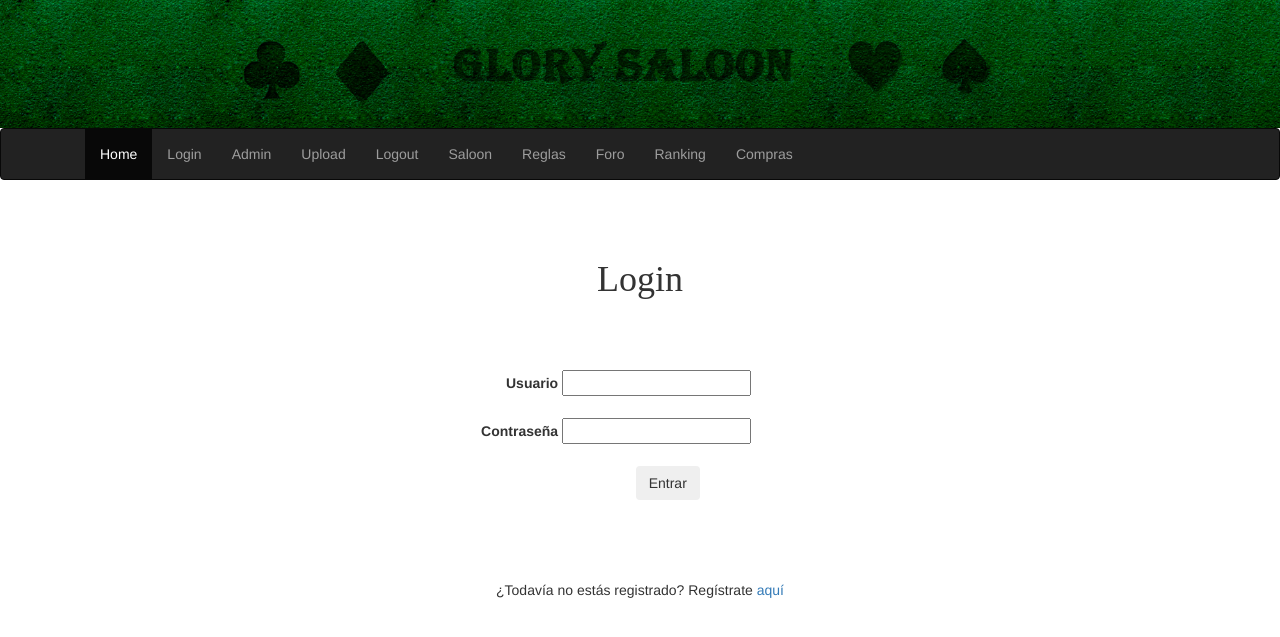
Repository: abvg9/GlorySaloon
Page: http://localhost/iw-base/WEB-INF/jsp/login.jsp
These files come from the project's save history. The page is drawn as it stood at one moment and after the next save; the edit follows.
The browser window is 1280 px wide. The pictures show the whole page.
Some web fonts or font styles are not loaded; a fallback is used. The page is served by Tomcat 9. Nobody is signed in. Other server files are loaded and not shown. The template is opened directly, without the code that normally fills it, so the values that code supplies are empty.

Above is the page before, as saved 2018-04-11 16:49:50.

### iw-base/src/main/webapp/WEB-INF/jsp/login.jsp
<%@ page pageEncoding="UTF-8"%>
<%@ taglib prefix="s" uri="http://www.springframework.org/tags"%>
<%@ taglib prefix="c" uri="http://java.sun.com/jsp/jstl/core"%>
<%@ taglib prefix="sec"
	uri="http://www.springframework.org/security/tags"%>

<%@ include file="../jspf/header.jspf"%>

<div class="starter-template">
	<h1>Login</h1>
	<br><br><br>
    <form action="/login" method="post">
        <fieldset>
           <!-- <legend>Please Login</legend> -->
           <div class = "rightAl">
            <label for="username">Usuario</label>
            <input type="text" id="username" name="username"/><br><br>
            <label for="password">Contraseña</label>
            <input type="password" id="password" name="password"/>
            </div>
            <input type="hidden" name="${_csrf.parameterName}" value="${_csrf.token}"/>
            <br>
            <div class="form-actions">
                <button type="submit" class="btn rightAlBtn">Entrar</button>
            </div>
        </fieldset>
    </form>

	<%@ include file="../jspf/authinfo.jspf"%>
</div>

<%@ include file="../jspf/footer.jspf"%>

### iw-base/src/main/webapp/WEB-INF/jspf/header.jspf
<%@ page pageEncoding="UTF-8"%>
<%@ taglib prefix="s" uri="http://www.springframework.org/tags"%>
<%@ taglib prefix="c" uri="http://java.sun.com/jsp/jstl/core"%>
<!DOCTYPE html>
<html lang="en">
  <head>
    <meta charset="utf-8">
    <meta http-equiv="X-UA-Compatible" content="IE=edge">
    <meta name="viewport" content="width=device-width, initial-scale=1">
    <!-- The above 3 meta tags *must* come first in the head; any other head content must come *after* these tags -->
    <title>Aplicacion Web IW</title>

    <!-- Bootstrap -->
    <link href="${s}/css/bootstrap.min.css" rel="stylesheet">
    <link href="${s}/css/starter-template.css" rel="stylesheet">
    <link href="${s}/css/myOwnTheme.css" rel="stylesheet">
  </head>
  <body>
	<img class="img-responsive" src="${s}/img/headerExtenso.jpg">

	<nav class="navbar navbar-inverse navbar-relative-top">


      <div class="container">
        <div class="navbar-header">
          <button type="button" class="navbar-toggle collapsed" data-toggle="collapse" data-target="#navbar" aria-expanded="false" aria-controls="navbar">
            <span class="sr-only">Toggle navigation</span>
            <span class="icon-bar"></span>
            <span class="icon-bar"></span>
            <span class="icon-bar"></span>
          </button>
        </div>
        <div id="navbar" class="collapse navbar-collapse">
          <ul class="nav navbar-nav">
            <li class="active"><a href="/">Home</a></li>
            <li><a href="/login">Login</a></li>
            <li><a href="/admin">Admin</a></li>
            <li><a href="/upload">Upload</a></li>
            <li><a href="/logout">Logout</a></li>
		    <li><a href="/saloon">Saloon</a></li>
		    <li><a href="/reglas">Reglas</a></li>
		    <li><a href="/foro">Foro</a></li>
		    <li><a href="/ranking">Ranking</a></li>
		    <li><a href="/compras">Compras</a></li>
          </ul>
        </div><!--/.nav-collapse -->
      </div>
    </nav>

    <div class="container">

### iw-base/src/main/webapp/WEB-INF/jspf/authinfo.jspf
<%@ page pageEncoding="UTF-8"%>
<%@ taglib prefix="sec"
	uri="http://www.springframework.org/security/tags"%>

<br><br><br><br>
<sec:authorize access="isAnonymous()">
<div>
	¿Todavía no estás registrado? Regístrate <a>aquí</a>
</div>
</sec:authorize>
<sec:authorize access="isAuthenticated()">
<div >
	<p>Tu usuario es : <sec:authentication property="principal.username" />
	<p>Roles detectados:
	<sec:authorize access="hasRole('USER')">
		hasRole('USER')
	</sec:authorize>
	<sec:authorize access="hasRole('ADMIN')">
		hasRole('ADMIN')
	</sec:authorize>
</div>
</sec:authorize>

### iw-base/src/main/webapp/WEB-INF/jspf/footer.jspf
<%@ page pageEncoding="UTF-8"%>
</div><!-- /.container -->

    <!-- jQuery (necessary for Bootstrap's JavaScript plugins) -->
    <script src="${s}/js/jquery.min.js"></script>
    <!-- Include all compiled plugins (below), or include individual files as needed -->
    <script src="${s}/js/bootstrap.min.js"></script>
  </body>
</html>

### iw-base/src/main/resources/static/css/starter-template.css
body {
  padding-top: 0px;
}
.starter-template {
  padding: 40px 15px;
  text-align: center;
}
table td, table th {
  padding: 2px;
  spacing: 0;
  border: 1px solid gray;
}

### iw-base/src/main/resources/static/css/myOwnTheme.css
@font-face {

	font-family: ‘Algerian’;

		src: url('../fonts/ALGER.eot');

	   	src: url('fonts/ ALGER.eot?#iefix') format('embedded-opentype'),

	        url('fonts/ ALGER.woff') format('woff'),

	        url('fonts/ ALGER.ttf') format('truetype'),


	  font-weight: normal;

	  font-style: normal;

}

p {

	Font-family: ‘Algerian’;

}
h1 {

	Font-family: ‘Algerian’;

}

.rightAl{
	text-align: right;
	margin-right: 40%;

}
.rightAlBtn{
	text-align: right;
	margin-right: -5%;

}

Loaded but not shown: iw-base/src/main/resources/static/css/bootstrap.min.css (library); iw-base/src/main/resources/static/js/jquery.min.js (library); iw-base/src/main/resources/static/js/bootstrap.min.js (library)

After the next save:
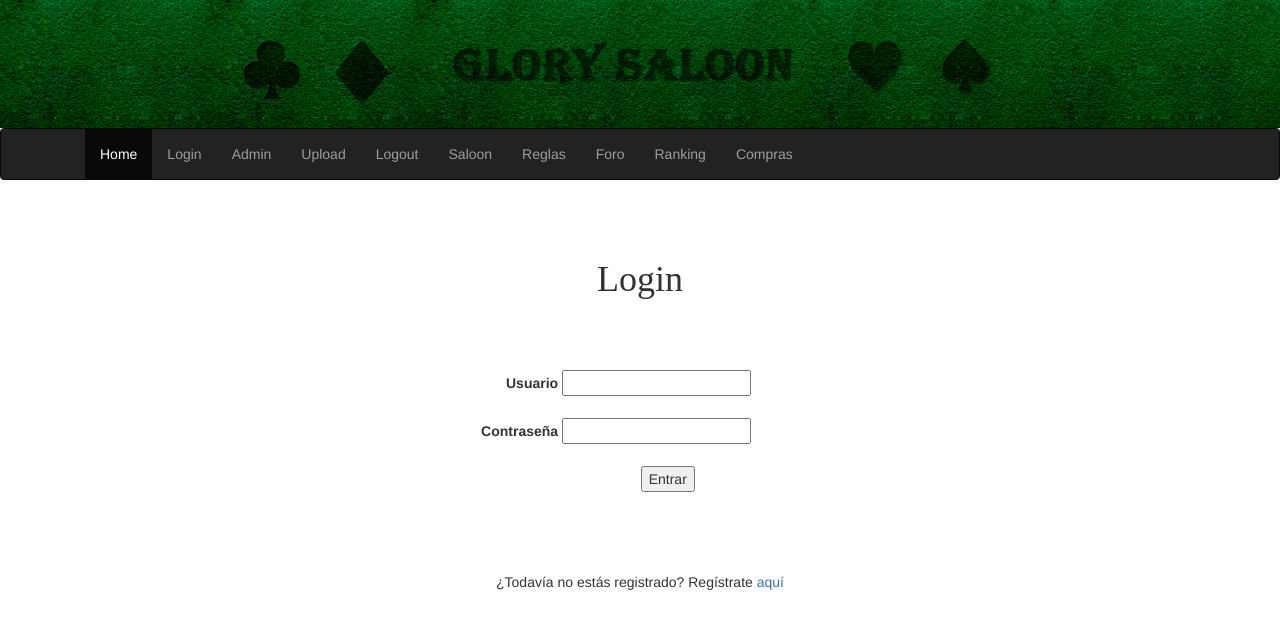
Saved 26 s later.
--- a/iw-base/src/main/webapp/WEB-INF/jsp/login.jsp
+++ b/iw-base/src/main/webapp/WEB-INF/jsp/login.jsp
@@ -21,7 +21,7 @@
             <input type="hidden" name="${_csrf.parameterName}" value="${_csrf.token}"/>
             <br>
             <div class="form-actions">
-                <button type="submit" class="btn rightAlBtn">Entrar</button>
+                <button type="submit" class="rightAlBtn">Entrar</button>
             </div>
         </fieldset>
     </form>

After the save that followed:
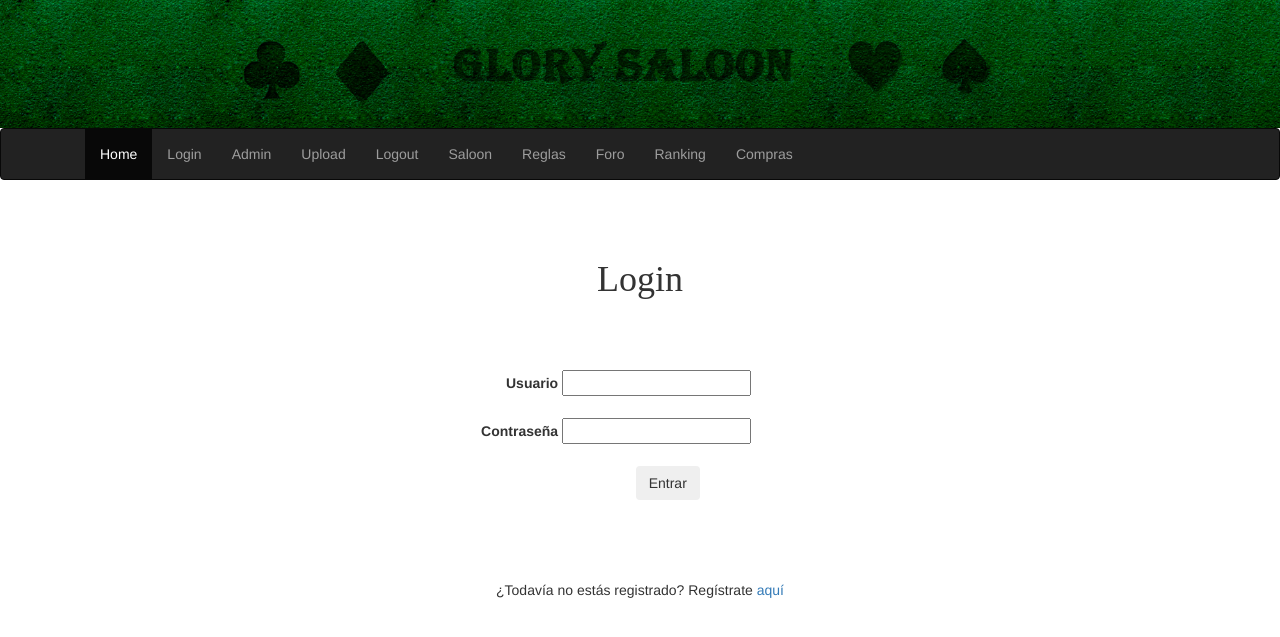
Saved 27 s later.
--- a/iw-base/src/main/webapp/WEB-INF/jsp/login.jsp
+++ b/iw-base/src/main/webapp/WEB-INF/jsp/login.jsp
@@ -21,7 +21,7 @@
             <input type="hidden" name="${_csrf.parameterName}" value="${_csrf.token}"/>
             <br>
             <div class="form-actions">
-                <button type="submit" class="rightAlBtn">Entrar</button>
+                <button type="submit" class="btn rightAlBtn">Entrar</button>
             </div>
         </fieldset>
     </form>
